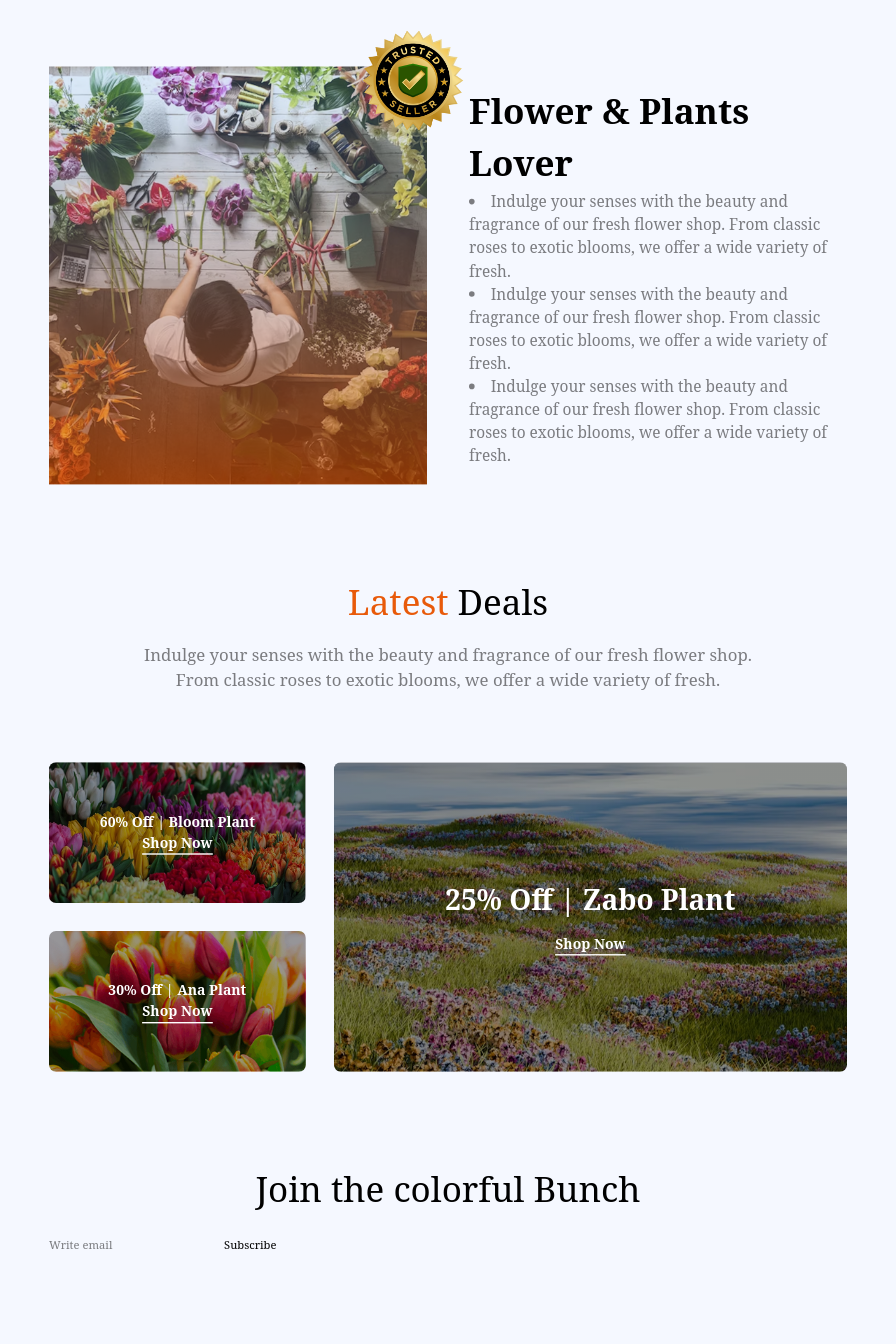
Repository: nahid-hasann/website-7
Page: index.html
An editor plug-in stored every save of this project. The page is shown before and after the next save, followed by the edit.
The browser window is 1280 px wide. The pictures show the part of the page from y = 2110 to 4030 px (the page is 4030 px tall), at 70% of full size.
Some web libraries are served in a nearby version.

Above is the page before, as saved 2025-07-24 21:16:10.

After the next save:
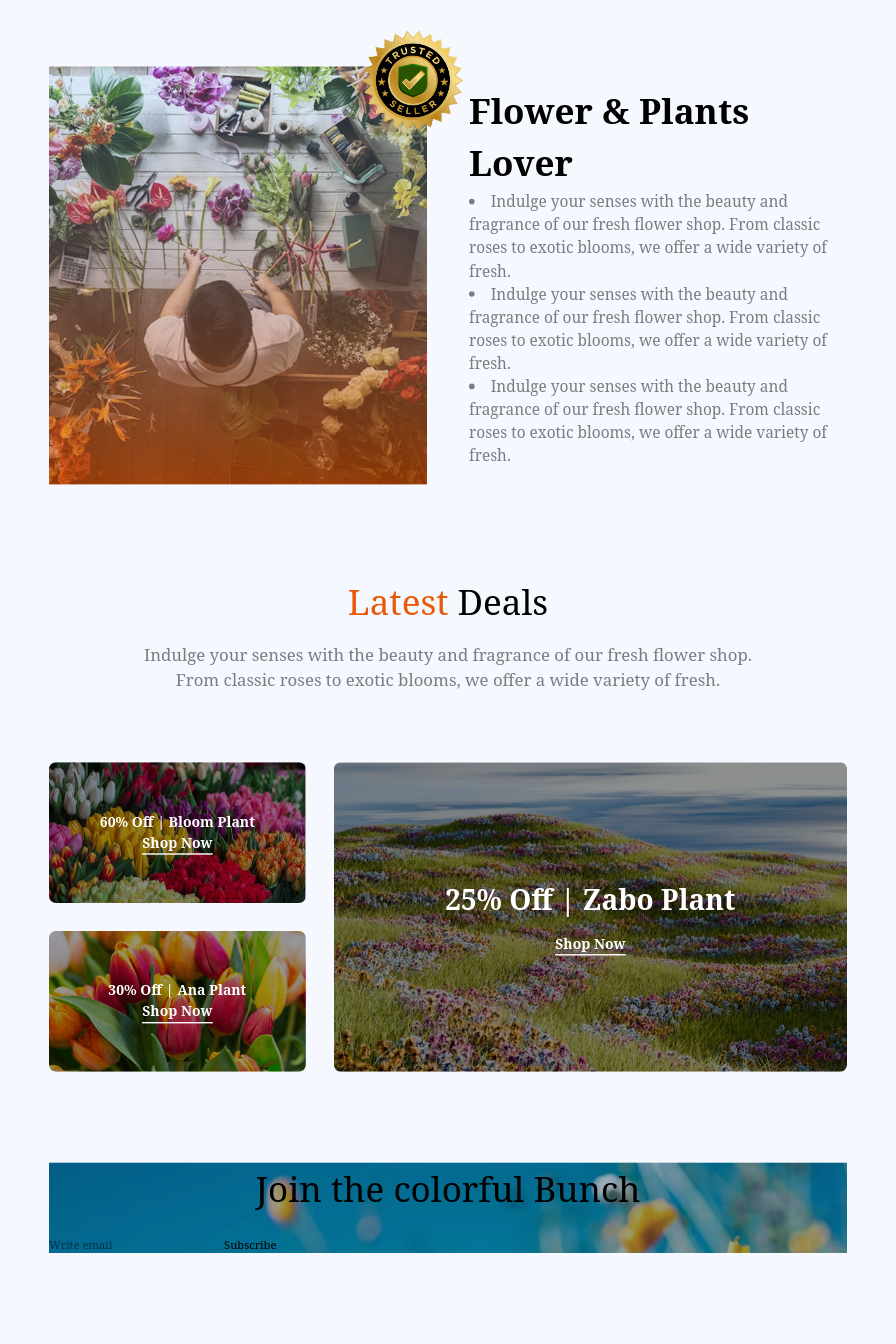
Saved 4 s later.
--- a/style.css
+++ b/style.css
@@ -286,7 +286,7 @@ nav{
 .subscribe-section{
     width: 1140px;
     margin: 130px auto;
-    background: url('') ;
+    background: url('assets/news-letter-bg.png') ;
 }
 
 .subscribe-section h1{
